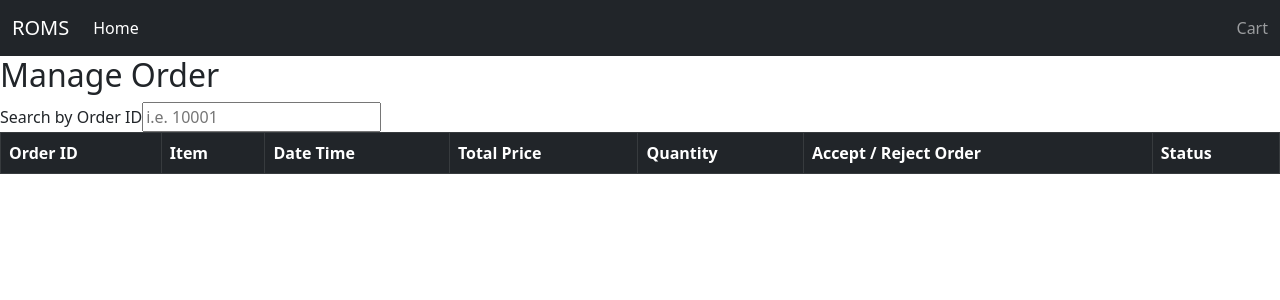
Repository: kayc529/comp231-f22-team4-roms
Page: /manageOrder
An editor plug-in stored every save of this project. The page is shown before and after a run of saves, followed by the edit.
The browser window is 1280 px wide. The pictures show the whole page.
The project was rebuilt for these pictures with package versions that can differ from the ones it lists, and the page was loaded fresh each time. Also part of the build but not shown: src/components/ExampleComponent.js, src/components/ExampleBox.js, src/pages/example/ExampleHomePage.js, src/pages/example/ExampleNotFoundPage.js, src/features/cart/cartActions.js, src/pages/Cart.js.

Above is the page before, as saved 2022-11-20 23:09:11.

After the next 2 saves:
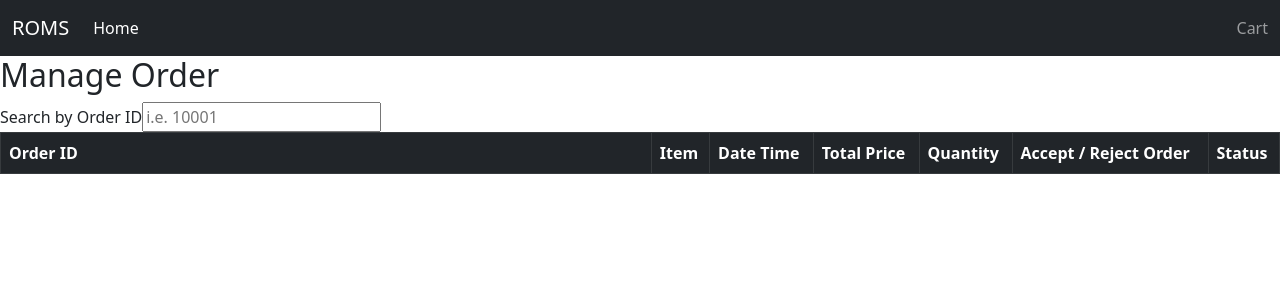
The 2 saves are shown as one change because 1 did not build or start.
The last was saved 78 s later.
--- a/src/pages/ManageOrder.js
+++ b/src/pages/ManageOrder.js
@@ -10,7 +10,7 @@ const OrderControl =()=>{
     // const onSearchChange = (val) => {
     //     console.log(val);
     //     const newData = OrderData.filter((order) =>
-    //         order.orderID === val)
+    //         order.orderID == val)
     //         setSearchInput(newData);
     //         console.log(newData);
     // };
@@ -39,6 +39,8 @@ const OrderControl =()=>{
                     </tr>
                 </thead>
                 <tbody>
+                    const newDate = const newData = OrderData.filter((order) => order.orderID == val);
+
 
                     {OrderData.filter((order=>
                         order.orderID==searchInput))
